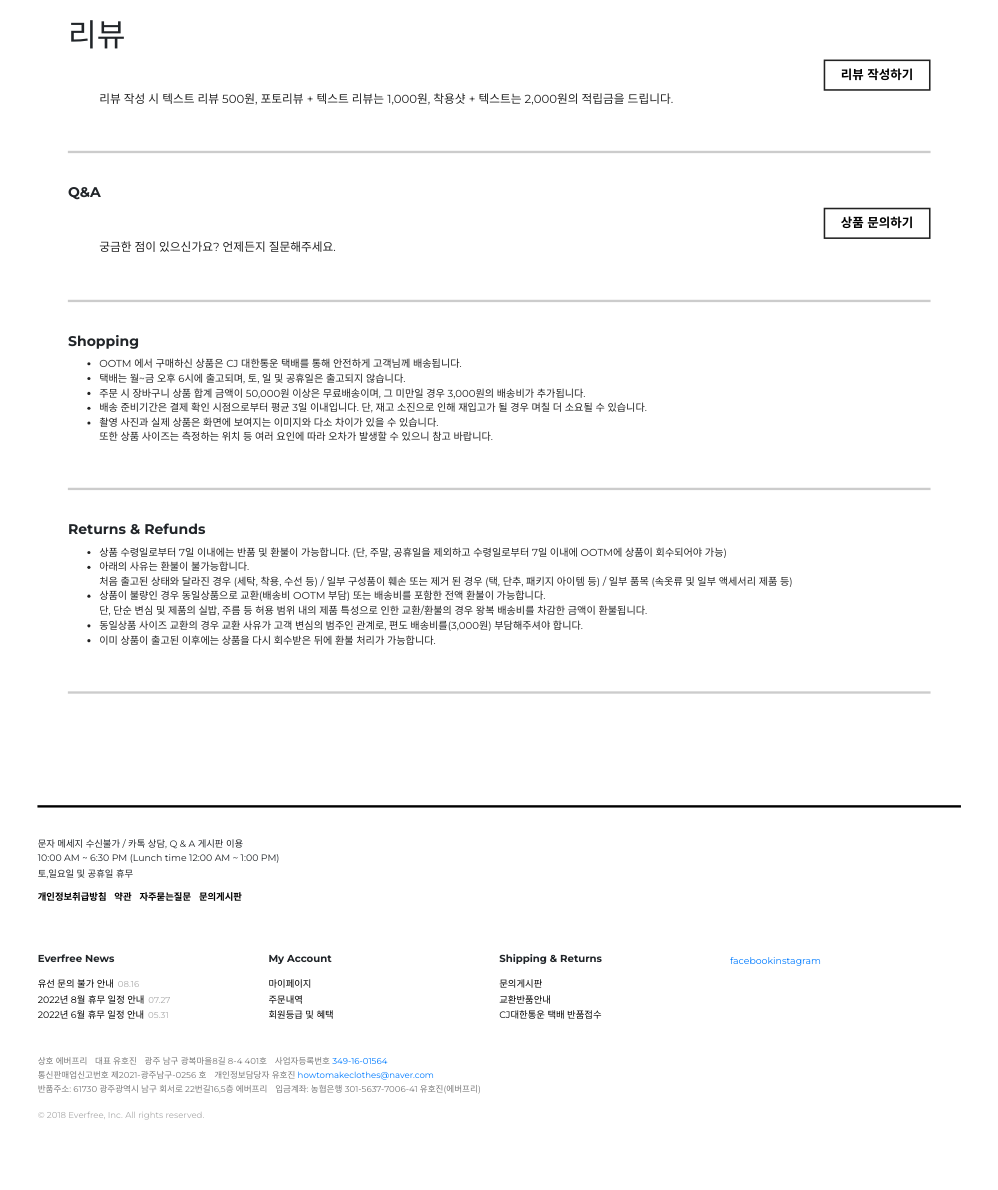
Repository: parkjunhoo/ootm
Page: ootm/src/main/webapp/html/1.html
An editor plug-in stored every save of this project. The page is shown before and after the next save, followed by the edit.
The browser window is 1280 px wide. The pictures show the part of the page from y = 1567 to 3092 px (the page is 3092 px tall before and 3066 px after), at 78% of full size.
A picture or video elsewhere on the page could not be fetched, so the positions and the page height are approximate.

Above is the page before, as saved 2023-04-23 18:52:20.

### ootm/src/main/webapp/html/1.html

<!DOCTYPE html>
<html lang="ko">
<head>
<meta charset="UTF-8">
<meta name="viewport" content="width=device-width, initial-scale=1.0">
<link
	href="https://maxcdn.bootstrapcdn.com/bootstrap/4.5.2/css/bootstrap.min.css"
	rel="stylesheet">
<link
	href="https://fonts.googleapis.com/css?family=Montserrat:400,500,700"
	rel="stylesheet">
<link href="https://fonts.googleapis.com/earlyaccess/notosanskr.css"
	rel="stylesheet">

<title>홈쇼핑웹 상품 상세 페이지</title>
<link rel="icon" href="/ootm/images/favicon.ico">
<link rel="stylesheet" href="/ootm/css/1.css">

<script
	src="https://ajax.googleapis.com/ajax/libs/jquery/3.5.1/jquery.min.js"></script>
<script
	src="https://cdnjs.cloudflare.com/ajax/libs/popper.js/1.16.0/umd/popper.min.js"></script>
<script
	src="https://maxcdn.bootstrapcdn.com/bootstrap/4.5.2/js/bootstrap.min.js"></script>
<link
	href="https://maxcdn.bootstrapcdn.com/bootstrap/4.5.2/css/bootstrap.min.css"
	rel="stylesheet">
<link rel="stylesheet"
	href="https://cdnjs.cloudflare.com/ajax/libs/font-awesome/4.7.0/css/font-awesome.min.css">
<link rel="stylesheet" type="text/css" href="/ootm/component/header/header.css"/>
<link rel="stylesheet" type="text/css" href="/ootm/component/footer/footer.css"/>
      <style>
        .content-container {
            margin-left: 70px;
            margin-right: 70px;
        }
    </style>
</head>
<body>
	<header-component logoDark="true" logoHoverDark="true" mTextColor="black" bgHoverColor="#F9F9F9" menuBtnColor="black"></header-component>
	<div class="content-container">
	<!-- 섹션 1: 제품 이름 및 구매 버튼 -->

	<section style="padding-top:150px;">
		<h1>B 라벨 카라 T - NEW</h1>
		<span class="price-now">34,000</span>
		<div class="option-detail">
			Free : 95~105<br> 디테일 수정 및 컬러 변경 ! <br> 한경 : 170/58,
			베이지(삭제) 그린 블루(삭제) 블랙 착용<br> 이탁 : 170/52, 그레이 착용 - 추 후 피팅사진 업데이트
			예정
		</div>
		<div class="text-center">
			<div id="carouselExample" class="carousel slide" data-ride="carousel carousel-dark">
				<div class="carousel-inner">
					<div class="carousel-item active">
						<img src="../images/A.jpg" class="d-block w-50" alt="제품 이미지 1">
					</div>
					<div class="carousel-item">
						<img src="../images/B.jpg" class="d-block w-50" alt="제품 이미지 2">
					</div>
					<div class="carousel-item">
						<img src="../images/C.jpg" class="d-block w-50" alt="제품 이미지 3">
					</div>
				</div>
				<a class="carousel-control-prev" href="#carouselExample"
					role="button" data-slide="prev"> <span
					class="carousel-control-prev-icon" aria-hidden="true"></span> <span
					class="sr-only">이전</span>
				</a> <a class="carousel-control-next" href="#carouselExample"
					role="button" data-slide="next"> <span
					class="carousel-control-next-icon" aria-hidden="true"></span> <span
					class="sr-only">다음</span>
				</a>
			</div>
		</div>
		<!-- 위시리스트 버튼 -->
		<button class="wishlist-btn" onclick="toggleWishlist(this)">
		  <i class="fa fa-heart-o" aria-hidden="true"></i>
		</button>
		<script src="https://kit.fontawesome.com/your-font-awesome-kit.js" crossorigin="anonymous"></script>

		<button class="buy-now-button" data-toggle="modal" data-target="#orderModal">BUY NOW</button>
	</section>
	<!-- 팝업 상품 주문 폼 -->

	<div class="modal fade" id="orderModal" tabindex="-1" role="dialog"
		aria-labelledby="orderModalLabel" aria-hidden="true">
		<div class="modal-dialog" role="document">
			<div class="modal-content">
				<div class="modal-header">
					<h5 class="modal-title" id="orderModalLabel">상품 주문 폼</h5>
					<button type="button" class="close" data-dismiss="modal"
						aria-label="Close">
						<span aria-hidden="true">&times;</span>
					</button>
				</div>
				<div class="modal-body">
					<h3>옵션과 수량 선택</h3>
					<hr>
					<h4>컬러</h4>
					<button class="color-btn" onclick="selectColor(this)">Black</button>
					<button class="color-btn" onclick="selectColor(this)">Green</button>
					<button class="color-btn" onclick="selectColor(this)">Gray</button>
					<h4>사이즈</h4>
					<button class="size-btn" onclick="selectSize(this)">Free</button>

					<h4>수량</h4>
					<div class="quantity-container">
						<button class="quantity-btn" onclick="decreaseQuantity()">-</button>
						<input type="text" id="quantity" value="1" readonly>
						<button class="quantity-btn" onclick="increaseQuantity()">+</button>
					</div>
					<hr>
				</div>

				<div class="modal-footer">
					<button type="button" class="btn btn-secondary"
						data-dismiss="modal">Close</button>
					<button type="button" class="btn btn-primary">ADD TO BAG</button>
					<button type="button" class="btn btn-primary">BUY NOW</button>
				</div>
			</div>
		</div>
	</div>

	<!-- 섹션 2: 상세 정보 -->
	<section>
		<h1>상세 정보</h1>
		<img src="http://yam0513.diskn.com/top/TS/990392/a_01.jpg" style="display: block; margin: 0 auto;">
		<img src="http://yam0513.diskn.com/top/TS/990392/a_05.jpg"style="display: block; margin: 0 auto;">
	</section>
	<!-- 섹션 3: 리뷰 -->
	<section>
		<h1>리뷰</h1>
		<button class="review_button" data-toggle="modal" data-target="#reviewModal">리뷰
			작성하기</button>
			<ul>리뷰 작성 시 텍스트 리뷰 500원, 포토리뷰 + 텍스트 리뷰는 1,000원, 착용샷 + 텍스트는 2,000원의 적립금을 드립니다.</ul>
	</section>
	<!-- 팝업 리뷰 작성 폼 -->
	<div class="modal fade" id="reviewModal" tabindex="-1" role="dialog"
		aria-labelledby="reviewModalLabel" aria-hidden="true">
		<div class="modal-dialog" role="document">
			<div class="modal-content">
				<div class="modal-header">
					<h5 class="modal-title" id="reviewModalLabel">제품 이름</h5>
					<button type="button" class="close" data-dismiss="modal"
						aria-label="Close">
						<span aria-hidden="true">&times;</span>
					</button>
				</div>
				<div class="modal-body">
					<h3>리뷰를 남겨주세요</h3>

					<div id="rating">
						<!-- 별점 입력 부분 -->

						<fieldset class="rating">
							<input type="radio" id="star5" name="rating" value="5" /><label
								for="star5" title="5점">5 stars</label> <input type="radio"
								id="star4" name="rating" value="4" /><label for="star4"
								title="4점">4 stars</label> <input type="radio" id="star3"
								name="rating" value="3" /><label for="star3" title="3점">3
								stars</label> <input type="radio" id="star2" name="rating" value="2" /><label
								for="star2" title="2점">2 stars</label> <input type="radio"
								id="star1" name="rating" value="1" /><label for="star1"
								title="1점">1 star</label>
						</fieldset>

					</div>
					 <hr>
					 <hr><hr>
					<form id="reviewForm">
						<div class="form-group">
							<label for="reviewerName">이름</label> <input type="text"
								class="form-control" id="reviewerName" placeholder="이름을 입력하세요">
						</div>
						<div class="form-row">
							<div class="form-group col-md-4">
								<label for="reviewerHeight">키</label> <input type="number"
									class="form-control" id="reviewerHeight" placeholder="키를 입력하세요">
							</div>
							<div class="form-group col-md-4">
								<label for="reviewerWeight">체중</label> <input type="number"
									class="form-control" id="reviewerWeight"
									placeholder="체중을 입력하세요">
							</div>
							<div class="form-group col-md-4">
								<label for="productSize">상품 사이즈</label> <input type="text"
									class="form-control" id="productSize"
									placeholder="상품 사이즈를 입력하세요">
							</div>
						</div>
						<div class="form-group">
							<label for="reviewText">리뷰 내용</label>
							<textarea class="form-control" id="reviewText" rows="3"
								placeholder="리뷰 내용을 입력하세요"></textarea>
						</div>
						<div class="form-group">
							<label for="imageUpload">이미지 업로드</label> <input type="file"
								class="form-control-file" id="imageUpload">
						</div>
					</form>
				</div>
				<div class="modal-footer">
					<button type="button" class="btn btn-secondary"
						data-dismiss="modal">닫기</button>
					<button type="button" class="btn btn-primary"
						onclick="submitReview()">리뷰 작성하기</button>
				</div>
			</div>
		</div>
	</div>


	<!-- 섹션 4: Q&A -->
	<section>
		<h1 class="testh1">Q&A</h1>
		<button class="Q-A_button" data-toggle="modal" data-target="#productInquiryModal">
		상품 문의하기
</button>
<ul>궁금한 점이 있으신가요? 언제든지 질문해주세요.</ul>
	</section>
	<!-- 상품 문의하기 모달 -->
<div class="modal fade" id="productInquiryModal" tabindex="-1" role="dialog" aria-labelledby="productInquiryModalLabel" aria-hidden="true">
  <div class="modal-dialog" role="document">
    <div class="modal-content">
      <div class="modal-header">
        <h5 class="modal-title" id="productInquiryModalLabel">상품 문의하기</h5>
        <button type="button" class="close" data-dismiss="modal" aria-label="Close">
          <span aria-hidden="true">&times;</span>
        </button>
      </div>
      <div class="modal-body">
        <form id="productInquiryForm">
          <div class="form-group">
            <label for="inquirerName">이름</label>
            <input type="text" class="form-control" id="inquirerName" required>
          </div>
          <div class="form-group">
            <label for="inquirerPassword">비밀번호</label>
            <input type="password" class="form-control" id="inquirerPassword" required>
          </div>
          <div class="form-group">
            <label for="inquiryTitle">제목</label>
            <input type="text" class="form-control" id="inquiryTitle" required>
          </div>
          <div class="form-group">
            <label for="inquiryContent">문의 내용</label>
            <textarea class="form-control" id="inquiryContent" rows="3" required></textarea>
          </div>
          <div class="form-group">
            <label for="attachment">파일 첨부</label>
            <input type="file" class="form-control-file" id="attachment">
          </div>
        </form>
      </div>
      <div class="modal-footer">
        <button type="button" class="btn btn-secondary" data-dismiss="modal">닫기</button>
        <button type="button" class="btn btn-primary" onclick="submitInquiry()">문의하기</button>
      </div>
    </div>
  </div>
</div>


	<!-- 섹션 5: Shopping -->
	<section>
		<h1 class="testh1">Shopping</h1>
		<ul class="info-list testfont">
			<li>OOTM 에서 구매하신 상품은 CJ 대한통운 택배를 통해 안전하게 고객님께 배송됩니다.</li>
			<li>택배는 월~금 오후 6시에 출고되며, 토, 일 및 공휴일은 출고되지 않습니다.</li>
			<li>주문 시 장바구니 상품 합계 금액이 50,000원 이상은 무료배송이며, 그 미만일 경우 3,000원의
				배송비가 추가됩니다.</li>
			<li>배송 준비기간은 결제 확인 시점으로부터 평균 3일 이내입니다. 단, 재고 소진으로 인해 재입고가 될 경우
				며칠 더 소요될 수 있습니다.</li>
			<li>촬영 사진과 실제 상품은 화면에 보여지는 이미지와 다소 차이가 있을 수 있습니다.<br> 또한 상품
				사이즈는 측정하는 위치 등 여러 요인에 따라 오차가 발생할 수 있으니 참고 바랍니다.
			</li>
		</ul>
	</section>
	<!-- 섹션 6: Returns & Refunds -->
	<section>
		<h1 class="testh1">Returns & Refunds</h1>
		<ul class="info-list testfont">
			<li>상품 수령일로부터 7일 이내에는 반품 및 환불이 가능합니다. (단, 주말, 공휴일을 제외하고 수령일로부터
				7일 이내에 OOTM에 상품이 회수되어야 가능)</li>
			<li>아래의 사유는 환불이 불가능합니다.<br> 처음 출고된 상태와 달라진 경우 (세탁, 착용, 수선
				등) / 일부 구성품이 훼손 또는 제거 된 경우 (택, 단추, 패키지 아이템 등) / 일부 품목 (속옷류 및 일부 액세서리
				제품 등)
			</li>
			<li>상품이 불량인 경우 동일상품으로 교환(배송비 OOTM 부담) 또는 배송비를 포함한 전액 환불이 가능합니다.<br>
				단, 단순 변심 및 제품의 실밥, 주름 등 허용 범위 내의 제품 특성으로 인한 교환/환불의 경우 왕복 배송비를 차감한
				금액이 환불됩니다.
			</li>
			<li>동일상품 사이즈 교환의 경우 교환 사유가 고객 변심의 범주인 관계로, 편도 배송비를(3,000원)
				부담해주셔야 합니다.</li>
			<li>이미 상품이 출고된 이후에는 상품을 다시 회수받은 뒤에 환불 처리가 가능합니다.</li>
		</ul>
	</section>



	<script>
		function submitReview() {
			const reviewerName = document.getElementById("reviewerName").value;
			const reviewerHeight = document.getElementById("reviewerHeight").value;
			const reviewerWeight = document.getElementById("reviewerWeight").value;
			const productSize = document.getElementById("productSize").value;
			const reviewText = document.getElementById("reviewText").value;
			const rating = document
					.querySelector('input[name="rating"]:checked').value;
			const imageUpload = document.getElementById("imageUpload").files[0];

			const reviewSection = document.createElement("div");
			reviewSection.className = "review-section";

			const nameAndRating = document.createElement("div");
			nameAndRating.className = "name-and-rating";
			nameAndRating.innerHTML = `<strong>${reviewerName}</strong> <span>${rating}점</span>`;
			reviewSection.appendChild(nameAndRating);

			const heightAndWeight = document.createElement("div");
			heightAndWeight.className = "height-and-weight";
			heightAndWeight.innerHTML = `키: ${reviewerHeight}cm, 체중: ${reviewerWeight}kg, 사이즈: ${productSize}`;
			reviewSection.appendChild(heightAndWeight);

			const reviewContent = document.createElement("p");
			reviewContent.className = "review-content";
			reviewContent.textContent = reviewText;
			reviewSection.appendChild(reviewContent);

			if (imageUpload) {
				const imageUrl = URL.createObjectURL(imageUpload);
				const reviewImage = document.createElement("img");
				reviewImage.src = imageUrl;
				reviewImage.className = "review-image";
				reviewSection.appendChild(reviewImage);
			}

			document.querySelector("section:nth-child(3)").appendChild(
					reviewSection);
			$("#reviewModal").modal("hide");
		}
		function increaseQuantity() {
			let quantityInput = document.getElementById('quantity');
			let quantity = parseInt(quantityInput.value);
			quantityInput.value = quantity + 1;
		}

		function decreaseQuantity() {
			let quantityInput = document.getElementById('quantity');
			let quantity = parseInt(quantityInput.value);
			if (quantity > 1) {
				quantityInput.value = quantity - 1;
			}
		}
		function selectColor(btn) {
			let colorButtons = document.getElementsByClassName('color-btn');
			for (let i = 0; i < colorButtons.length; i++) {
				colorButtons[i].classList.remove('selected');
			}
			btn.classList.add('selected');
		}

		function selectSize(btn) {
			let sizeButtons = document.getElementsByClassName('size-btn');
			for (let i = 0; i < sizeButtons.length; i++) {
				sizeButtons[i].classList.remove('selected');
			}
			btn.classList.add('selected');
		}
		function submitReview() {
			const reviewerName = document.getElementById('reviewerName').value;
			const reviewText = document.getElementById('reviewText').value;

			const reviewSection = document
					.querySelector('section:nth-of-type(3)');
			const newReview = document.createElement('div');
			const reviewName = document.createElement('h4');
			const reviewContent = document.createElement('p');

			reviewName.textContent = reviewerName;
			reviewContent.textContent = reviewText;
			newReview.appendChild(reviewName);
			newReview.appendChild(reviewContent);
			reviewSection.appendChild(newReview);

			$('#reviewModal').modal('hide');
			document.getElementById('reviewForm').reset();
		}

		function toggleWishlist(btn) {
			  var heartIcon = btn.querySelector("i");

			  if (heartIcon.classList.contains("fa-heart-o")) {
			    heartIcon.classList.remove("fa-heart-o");
			    heartIcon.classList.add("fa-heart");
			  } else {
			    heartIcon.classList.remove("fa-heart");
			    heartIcon.classList.add("fa-heart-o");
			  }
			}
	</script>
	<script src="https://code.jquery.com/jquery-3.5.1.slim.min.js"></script>
	<script
		src="https://cdn.jsdelivr.net/npm/@popperjs/core@2.9.3/dist/umd/popper.min.js"></script>
	<script
		src="https://maxcdn.bootstrapcdn.com/bootstrap/4.5.2/js/bootstrap.min.js"></script>
	<script src="../component/header/header.js"></script>
	<script src="../component/footer/footer.js"></script>


</div>
<!-- 푸터 -->
	<footer-component> </footer-component>
</body>
</html>

### ootm/src/main/webapp/css/1.css
@charset "UTF-8";

section {
	margin-bottom: 20px;
}


button {

    background-color: transparent;
    border: 2px solid #222;
    font-family: 'Montserrat', 'Noto Sans KR', sans-serif;
    font-size: 13px;
    font-weight: 600;
    outline: none;
    -webkit-appearance: none;
    height: 40px;
    line-height: 38px;
    padding: 0 20px;
    position: relative;
    text-align: center;
    transition: all .15s ease-out;

}

body {
	font-family: 'Montserrat', 'Noto Sans KR', sans-serif !important;
	/* 기존 스타일 코드 */
}

h1, h2, p {
	font-family:'Montserrat', 'Noto Sans KR', sans-serif;
}

.carousel {
	display: flex;
	justify-content: center;
	align-items: center;
}

.carousel img {
	max-width: 100%; /* 이미지 크기가 섹션 1의 크기를 초과하지 않도록 설정 */
}
section {
  max-width: 97%;
  margin : 0 auto;
  margin-bottom: 40px;
  padding-bottom: 40px;
  border-bottom: 3px solid #ccc; /* 선 색상을 원하는 대로 변경할 수 있습니다. */
}
section ul {
    color: #222;
    font-family: 'Montserrat', 'Noto Sans KR', sans-serif;
    font-size: 15px;
    font-weight: 400;
    line-height: 1.45;
    -webkit-text-size-adjust: 100%;
    -ms-text-size-adjust: 100%;
    width: 100%;
    overflow-x: hidden;
}
.carousel-inner img {
  display: block;
  margin-left: auto;
  margin-right: auto;
}
     .selected {
        /* 선택된 상태의 스타일을 여기에 추가하세요. 예: 배경색 변경 */
        background-color: #ccc;
    }
    .modal-body {
			text-align: center;
		}

		.color-btn,
		.size-btn,
		.quantity-btn {
			border: none;
			padding: 5px 15px;
			background-color: #f1f1f1;
			margin: 5px;
			cursor: pointer;
		}

		.color-btn:hover,
		.size-btn:hover,
		.quantity-btn:hover {
			background-color: #ddd;
		}

		.color-btn.selected,
		.size-btn.selected {
			background-color: #007bff;
			color: white;
		}

		.quantity-container {
			display: inline-flex;
		}

		#quantity {
			width: 50px;
			text-align: center;
		}
.rating {
  border: none;
  float: left;
}

.rating > input {
  display: none;
}

.rating > label:before {
  margin: 5px;
  font-size: 1.25em;
  font-family: 'FontAwesome'; /* 이 부분이 변경되었습니다. */
  display: inline-block;
  content: "\f005";
}

.rating > label {
  color: #ddd;
  float: right;
}

.rating > input:checked ~ label,
.rating:not(:checked) > label:hover,
.rating:not(:checked) > label:hover ~ label {
  color: #ffcc00;
}

.rating > input:checked + label:hover,
.rating > input:checked ~ label:hover,
.rating > label:hover ~ input:checked ~ label,
.rating > input:checked ~ label:hover ~ label {
  color: #ffcc00;
}
   .content-container {
            margin-left: 90px;
            margin-right: 90px;
        }
info-list{
	color: #222;
    font-family: 'Montserrat', 'Noto Sans KR', sans-serif;
    font-size: 20px;
}

   .Q-A_button, .review_button, .buy-now-button {
          float: right;
        }



 .wishlist-btn {
  background: none;
  border: none;
  cursor: pointer;
  outline: none;
}
.wishlist-btn:focus{
	border: none;
  	outline: none;
}

.wishlist-btn .fa-heart-o {
  font-size: 1.5em;
  color: #000;
}

.wishlist-btn .fa-heart {
  font-size: 1.5em;
  color: red;
}
.price-now , .option-detail{
	font-family: 'Montserrat', 'Noto Sans KR', sans-serif;
}
.price-now{
	font-size: 32px;
	font-weight: bold;
	color:#222222;
}
.option-detail{
	margin-top:30px;
	font-size: 12px;
	font-weight: 300;
	color:#222222;
}

.carousel-control-prev-icon{
       background-color:black;
       filter: invert(100%);
    }
.carousel-control-next-icon{
   background-color:black;
   filter: invert(100%);
}

.testh1{
	font-size: 18px;
	font-weight: bold;
}
.testfont{
	font-size: 13px;
}

### ootm/src/main/webapp/component/footer/footer.css
footer{
    background-color: white;
    max-width: 100%;
    padding:8vh 30px 8vh 30px;
    margin-top:30px;
    font-family: 'Montserrat', 'Noto Sans KR', sans-serif;
    clear: both;
}
.footerOuter{
    width:97%;
    margin:0 auto;
    padding: 30px 0 30px 0;
}
.footerOuter>hr{
    height: 1.3px;
    background-color: black;
    margin-bottom: 5vh;
}
.footerOuter h5{
    font-size: 13px;
    font-weight: 700;
    margin-bottom: 15px;
}
.footerContentDiv{
    width: 100%;
    display: flex;
    font-weight: 400;
    font-size: 12px;
    line-height: 1.65;
}

.deskInfo{
    width: 100%;
}
.deskLinkDiv{
    display: flex;
    padding-top:10px;
    width: 100%;
    height: 100%;
}
.deskLinkDiv a{
    margin-right:10px;
    font-weight: bold;
    color:black;
    text-decoration: none;
}

.footerTextUnderline{
    width: 0%;
    height: 1px;
    background-color: #222;
    transition: .5s;
}

.deskLinkDiv a:hover>.footerTextUnderline{
    width:100%;
}


.footerContentLeftDiv{
    width: 50%;
}
.footerContentRightDiv{
    width: 50%;
    display: flex;
}
.footerContentRightDiv>div{
    width: 25%;
}
.footerIconMenu{
    width:1%;
}

.footerContentRightDiv .date{
    color: #aaa;
    font-size: 11px;
    margin-left: 5px;
}
.footerMenuDiv a{
    display: block;
    text-decoration: none;
    color:black;
}

.companyDescDiv{
    margin-top: 40px;
}
.companyDescDiv ul{
    display: flex;
    flex-wrap: wrap;
    width: 50%;
    white-space: nowrap;
    color:#787878;
}
.companyDescDiv ul>li{
    font-size: 11px;
    line-height: 1.65;
    padding-right: 10px;
}
.copyright{
    color:#aaa;
    font-size:11px;
    margin-top:15px;
}



@media (max-width:1300px){
    .footerContentDiv{
        display: block;
    }
    .footerContentLeftDiv{
        width: 100%;
        padding-bottom: 30px;
    }
    .footerContentRightDiv{
        width: 100%;
        padding-top: 30px;
    }
}

@media (max-width:1000px){
    .footerContentRightDiv{
        width: 0%;
        display: none;
    }
}


footer ol,footer ul {
	list-style: none;
    padding-inline-start: 0px;

}
footer p{
 	margin-block-start: 0;
    margin-block-end: 0;
    margin-inline-start: 0px;
    margin-inline-end: 0px;
}

Loaded but not shown: ootm/src/main/webapp/component/header/header.js (584 lines, source omitted); ootm/src/main/webapp/component/footer/footer.js (307 lines, source omitted); ootm/src/main/webapp/component/header/header.css (530 lines, source omitted)

After the next save:
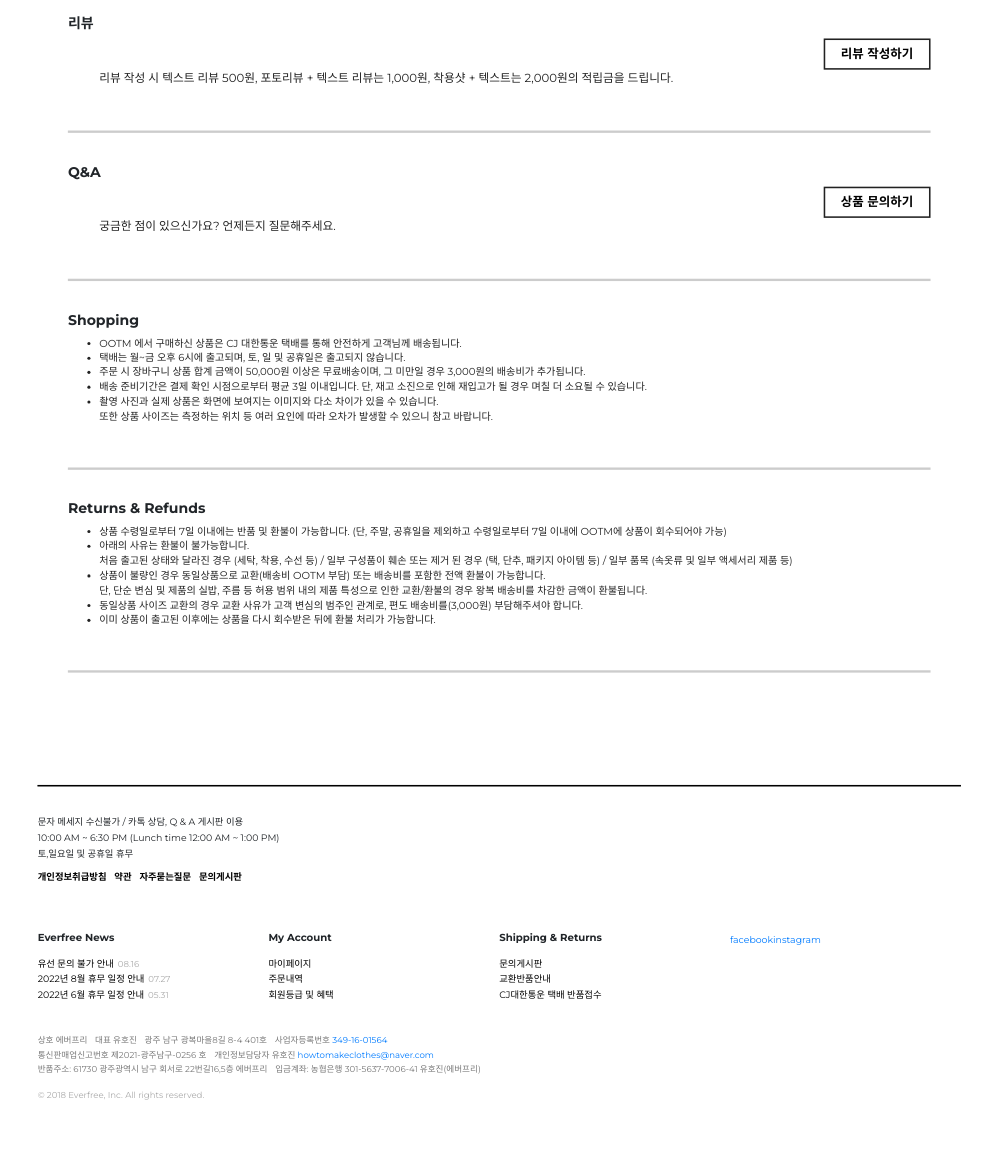
Saved 66 s later.
--- a/ootm/src/main/webapp/html/1.html
+++ b/ootm/src/main/webapp/html/1.html
@@ -132,7 +132,7 @@
 	</section>
 	<!-- 섹션 3: 리뷰 -->
 	<section>
-		<h1>리뷰</h1>
+		<h1 class="testh1">리뷰</h1>
 		<button class="review_button" data-toggle="modal" data-target="#reviewModal">리뷰
 			작성하기</button>
 			<ul>리뷰 작성 시 텍스트 리뷰 500원, 포토리뷰 + 텍스트 리뷰는 1,000원, 착용샷 + 텍스트는 2,000원의 적립금을 드립니다.</ul>
